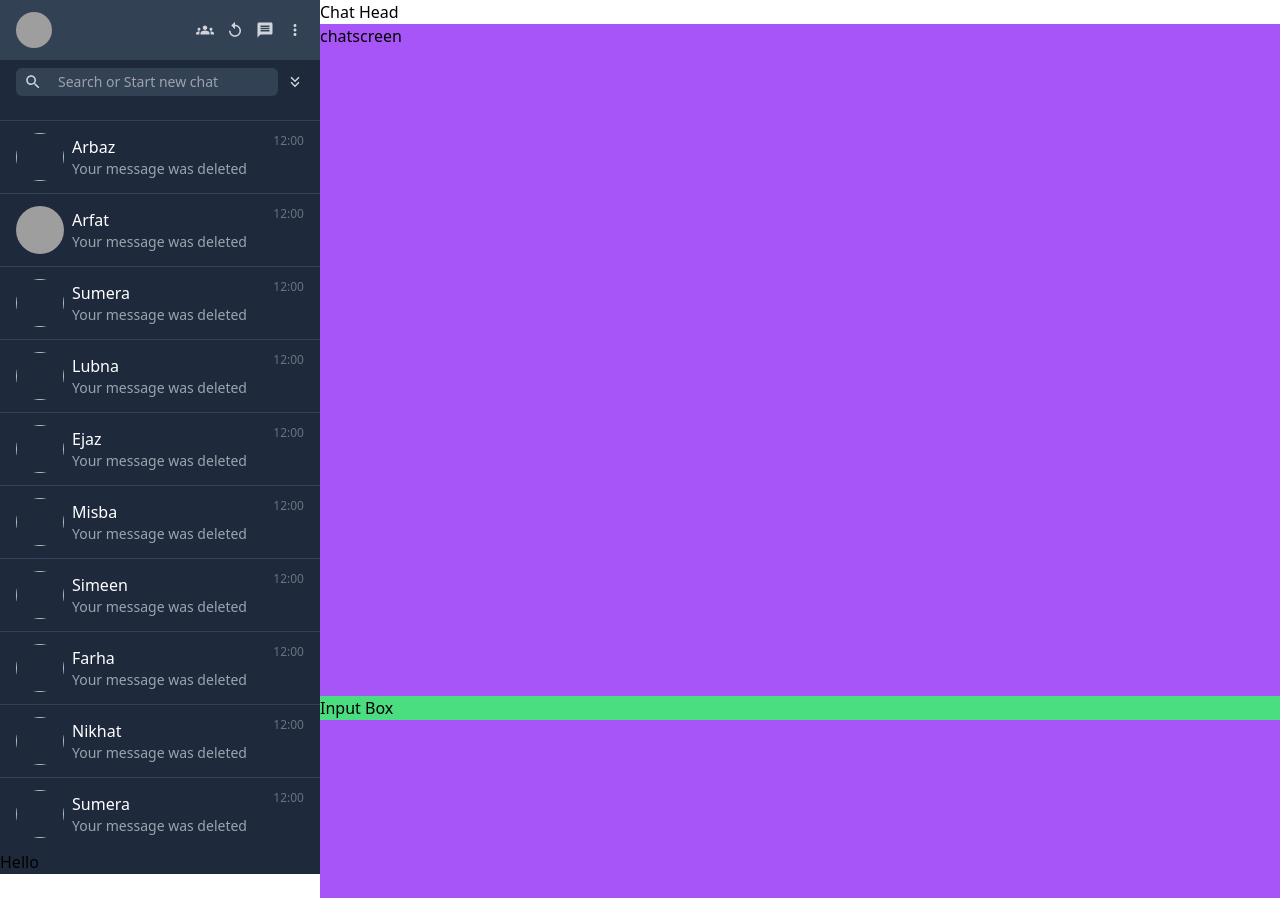
Repository: theanmol-raj/whatsapp
Page: /
These files come from the project's save history. The page is drawn as it stood at one moment and after the next save; the edit follows.
The browser window is 1280 px wide. The pictures show the whole page.
Pictures or frames that could not be fetched are drawn as grey boxes. The project was rebuilt for these pictures with package versions that can differ from the ones it lists, and the page was loaded fresh each time.

Above is the page before, as saved 2022-12-05 21:22:35.

### src/index.js
import React from 'react';
import ReactDOM from 'react-dom/client';
import './index.css';
import App from './App';






const root = ReactDOM.createRoot(document.getElementById('root'));

root.render(
  <App />
);

### src/App.js
import Homescreen from "./Screens/Homescreen";

function App() {

  return (
    <div className="h-screen w-screen bg-slate-900">
      <Homescreen />
      {/* LoginScreen */}
    </div>
  );
}

export default App;

### src/Screens/Homescreen.jsx
import React from 'react'
import ChatScreen from '../Components/ChatScreen'
import ContactList from '../Components/ContactList'

function Homescreen() {
  return (
    <div className=' w-full max-w-[95rem] grid grid-cols-4 h-screen bg-red-500 mx-auto'>
        {/* Contact List */}
            <ContactList />
        {/* Message Box */}
            <ChatScreen />

    </div>
  )
}

export default Homescreen

### src/Components/ChatScreen.jsx
import React from 'react'

function ChatScreen() {
  return (
    <div className=' bg-yellow-400 col-span-3 relative'>
        <div className=' w-full bg-white sticky top-0'>
                Chat Head
        </div>
        <div className=' h-full bg-purple-500'>
                chatscreen
        </div>
        <div className=' w-full sticky bottom-0 bg-green-400'>
                Input Box
        </div>
    </div>
  )
}

export default ChatScreen

### src/Components/ContactList.jsx
import React from 'react'
import GroupsIcon from '@mui/icons-material/Groups';
import ReplayIcon from '@mui/icons-material/Replay';
import MessageIcon from '@mui/icons-material/Message';
import MoreVertIcon from '@mui/icons-material/MoreVert';
import KeyboardDoubleArrowDownIcon from '@mui/icons-material/KeyboardDoubleArrowDown';
import SearchIcon from '@mui/icons-material/Search';
import ContactCard from './ContactCard';


function ContactList() {

  // const ContactArray = [ { name : "Arfat" , img : `https://pps.whatsapp.net/v/t61.24694-24/312280018_169906322326594_541453286877171405_n.jpg?ccb=11-4&oh=01_AdQ1yNbSZqdVKcnMgMRJIHB1Ir-EPaz0J7QmOLxRvme0eg&oe=639896B0`} ,
  // { name : "Ejaz" , img : `https://pps.whatsapp.net/v/t61.24694-24/298328542_766611371246745_4042993338047187675_n.jpg?ccb=11-4&oh=01_AdQ36FheWCyxcYyPJQ-xCOFR58A1-h-HbgN6dFXHd5YssQ&oe=639876BD`},
  // { name : "Jay" , img : `https://pps.whatsapp.net/v/t61.24694-24/309614518_676409680674624_813590369321952386_n.jpg?ccb=11-4&oh=01_AdQbubsmhWacR9EVpPe10W9t9Xm3P9OgNLSLIcnwalFypA&oe=63989C85`}]

  const Arr = [<ContactCard showName="Sumera" /> , <p>Hello</p> ]

  return (
    <div className=' bg-slate-800'>
      <div className=' flex justify-between items-center p-3 px-4 bg-slate-700'>
        <img className=' rounded-full h-9 w-9' alt='' src="https://pps.whatsapp.net/v/t61.24694-24/158723607_419193396439292_5955373819812020282_n.jpg?stp=dst-jpg_s96x96&ccb=11-4&oh=01_AdRKjHR9ktMhs2HrAksQulr5trvWOTtpB53hlyDh0ZECbw&oe=63986EC2" />
        <div className=' flex text-gray-300 text-lg space-x-3'>
          <GroupsIcon fontSize='inherit' />
          <ReplayIcon fontSize='inherit' />
          <MessageIcon fontSize='inherit' />
          <MoreVertIcon fontSize='inherit' />
        </div>

      </div>
      <div className=' flex items-center text-gray-300 px-4 py-2 text-lg space-x-2'>
        <div className='flex items-center w-full bg-slate-700 space-x-4 px-2 py-1 rounded-md'>
          <SearchIcon fontSize='inherit' />
          <input placeholder='Search or Start new chat' className=' bg-transparent text-sm w-full' />
        </div>
        <KeyboardDoubleArrowDownIcon fontSize='inherit' />
      </div>

      <div className='mt-4'>
        <ContactCard showName="Arbaz" />
        <ContactCard showName="Arfat" showImg="https://pps.whatsapp.net/v/t61.24694-24/312280018_169906322326594_541453286877171405_n.jpg?ccb=11-4&oh=01_AdQ1yNbSZqdVKcnMgMRJIHB1Ir-EPaz0J7QmOLxRvme0eg&oe=639896B0" />
        <ContactCard showName="Sumera" />

        <ContactCard showName="Lubna" />
        <ContactCard showName="Ejaz" />
        <ContactCard showName="Misba" />
        <ContactCard showName="Simeen" />
        <ContactCard showName="Farha" />
        <ContactCard showName="Nikhat" />
          {Arr}

      </div>

    </div>
  )
}

export default ContactList

### src/Components/ContactCard.jsx
import React from 'react'




function ContactCard(props){
    console.log(props)


  return (
    <div className='text-gray-500 border-t py-3 border-slate-700 text-sm'>
        <div className=' flex justify-between mx-4'>
            <div className=' flex space-x-2 items-center'>
                <img className=' rounded-full h-12 w-12' alt='' src={props.showImg} />
                <div>
                    <p className=' text-white text-base'>{props.showName}</p>
                    <p className=' text-gray-400'> Your message was deleted</p>
                </div>
            </div>
            <div>
                <p className='text-xs '>12:00</p>
            </div>
        </div>
    </div>
  )
}

export default ContactCard

Loaded but not shown: public/index.html (common file); src/index.css (common file); tailwind.config.js (common file)

After the next save:
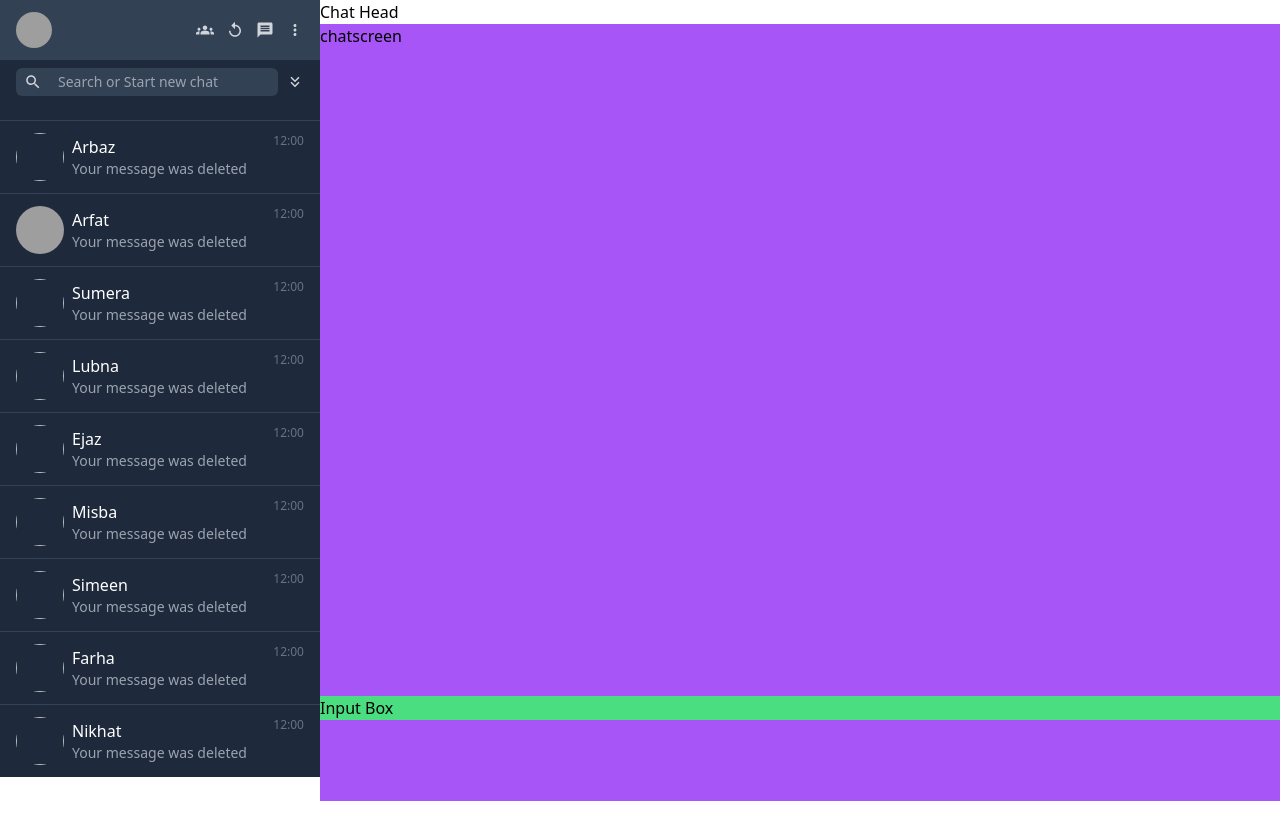
Saved 18 s later.
--- a/src/Components/ContactList.jsx
+++ b/src/Components/ContactList.jsx
@@ -14,7 +14,6 @@ function ContactList() {
   // { name : "Ejaz" , img : `https://pps.whatsapp.net/v/t61.24694-24/298328542_766611371246745_4042993338047187675_n.jpg?ccb=11-4&oh=01_AdQ36FheWCyxcYyPJQ-xCOFR58A1-h-HbgN6dFXHd5YssQ&oe=639876BD`},
   // { name : "Jay" , img : `https://pps.whatsapp.net/v/t61.24694-24/309614518_676409680674624_813590369321952386_n.jpg?ccb=11-4&oh=01_AdQbubsmhWacR9EVpPe10W9t9Xm3P9OgNLSLIcnwalFypA&oe=63989C85`}]
 
-  const Arr = [<ContactCard showName="Sumera" /> , <p>Hello</p> ]
 
   return (
     <div className=' bg-slate-800'>
@@ -47,7 +46,6 @@ function ContactList() {
         <ContactCard showName="Simeen" />
         <ContactCard showName="Farha" />
         <ContactCard showName="Nikhat" />
-          {Arr}
 
       </div>
 
